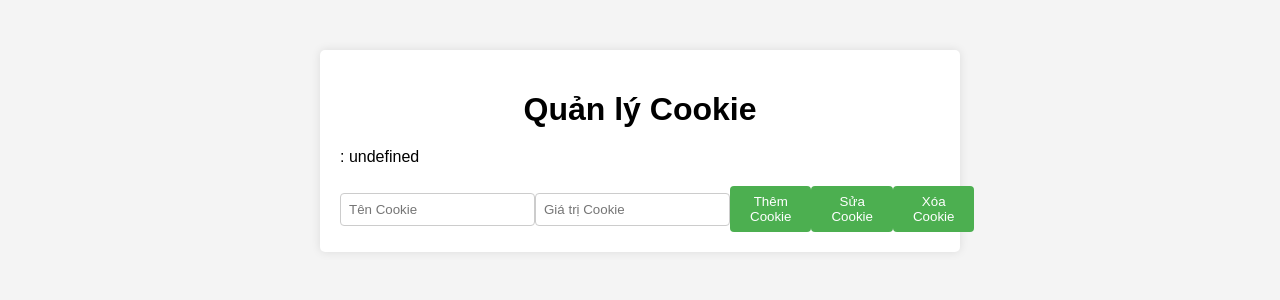
Repository: 3KAER/lab03_phan2
Page: lab04/phan1_bai2/index.html
The author's editor kept a copy of each file at every save. The page is drawn from the files as they stood at one save, then again after the next save.
The browser window is 1280 px wide. The pictures show the whole page.

Above is the page before, as saved 2024-04-22 03:18:36.

After the next save:
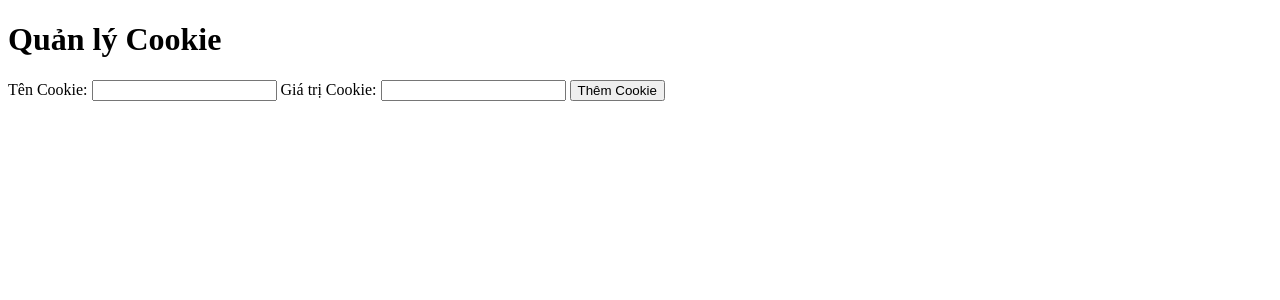
Not found: lab04/phan1_bai2/cookies.js
Saved 2 min 20 s later.
--- a/lab04/phan1_bai2/index.html
+++ b/lab04/phan1_bai2/index.html
@@ -1,23 +1,20 @@
 <!DOCTYPE html>
 <html lang="en">
 <head>
-    <meta charset="UTF-8">
-    <meta name="viewport" content="width=device-width, initial-scale=1.0">
-    <title>Quản lý Cookie</title>
-    <link rel="stylesheet" href="styles.css">
+<meta charset="UTF-8">
+<meta name="viewport" content="width=device-width, initial-scale=1.0">
+<title>Quản lý Cookie</title>
 </head>
 <body>
-    <div class="container">
-        <h1>Quản lý Cookie</h1>
-        <div id="cookie-list"></div>
-        <div class="controls">
-            <input type="text" id="cookie-name" placeholder="Tên Cookie">
-            <input type="text" id="cookie-value" placeholder="Giá trị Cookie">
-            <button onclick="addCookie()">Thêm Cookie</button>
-            <button onclick="editCookie()">Sửa Cookie</button>
-            <button onclick="deleteCookie()">Xóa Cookie</button>
-        </div>
-    </div>
-    <script src="script.js"></script>
+<h1>Quản lý Cookie</h1>
+<div id="cookie-list"></div>
+<form id="cookie-form">
+    <label for="name">Tên Cookie:</label>
+    <input type="text" id="name" name="name" required>
+    <label for="value">Giá trị Cookie:</label>
+    <input type="text" id="value" name="value" required>
+    <button type="submit">Thêm Cookie</button>
+</form>
+<script src="cookies.js"></script>
 </body>
 </html>
